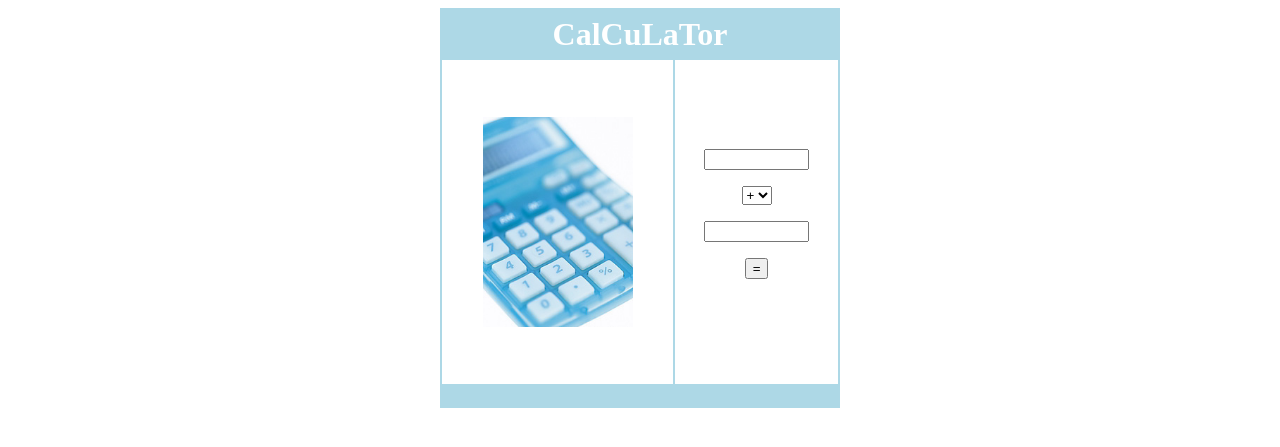
Repository: LeeHyeSu/JSP
Page: http://localhost/Practice32/calc.jsp
An editor plug-in stored every save of this project. The page is shown before and after the next save, followed by the edit.
The browser window is 1280 px wide. The pictures show the whole page.
The page is served by Tomcat 9. Other server files are loaded and not shown.

Above is the page before, as saved 2017-11-24 08:40:27.

### Practice32/WebContent/calc.jsp
<%@ page language="java" contentType="text/html; charset=UTF-8"
    pageEncoding="UTF-8"%>
<!DOCTYPE html PUBLIC "-//W3C//DTD HTML 4.01 Transitional//EN" "http://www.w3.org/TR/html4/loose.dtd">
<html>
<head>
<meta http-equiv="Content-Type" content="text/html; charset=UTF-8">
<title>계산기 만들기</title>
</head>
<body>
<form method="post" action="calc_result.jsp" name="form1">
	<table width="400" height="400" border="1"
		bordercolor="lightblue" align="center" cellspacing="0">
		<tr height="50">
			<td colspan="2" bgcolor="lightblue" align="center">
			<b><font size="6" color="white">CalCuLaTor</font></b>
			</td>
		</tr>
		<tr align="center">
			<td><img src="images/cal.jpg" width="150px"></td>
			<td>
				<input type="text" name="op1" size="10"><p>
				<select name="operator">
					<option selected>+</option>
					<option>-</option>
					<option>*</option>
					<option>/</option>
				</select><p>
				<input type="text" name="op2" size="10"><p>
				<input type="submit" value="=">
			</td>
		</tr>
		<tr height="20">
			<td colspan="2" bgcolor="lightblue">&nbsp;</td>
		</tr>
	</table>
</form>
</body>
</html>

After the next save:
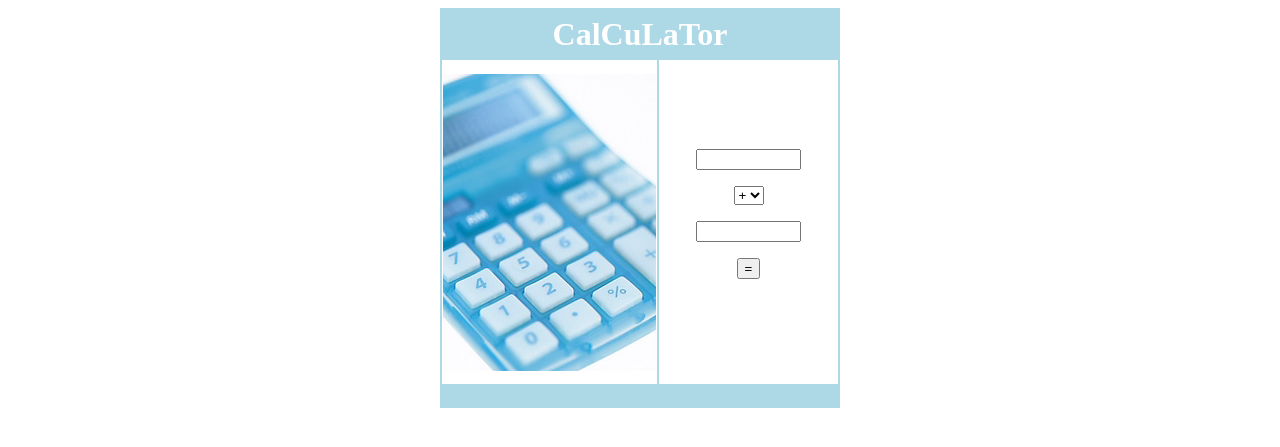
Saved 19 s later.
--- a/Practice32/WebContent/calc.jsp
+++ b/Practice32/WebContent/calc.jsp
@@ -16,7 +16,7 @@
 			</td>
 		</tr>
 		<tr align="center">
-			<td><img src="images/cal.jpg" width="150px"></td>
+			<td width="200px"><img src="images/cal.jpg"></td>
 			<td>
 				<input type="text" name="op1" size="10"><p>
 				<select name="operator">
